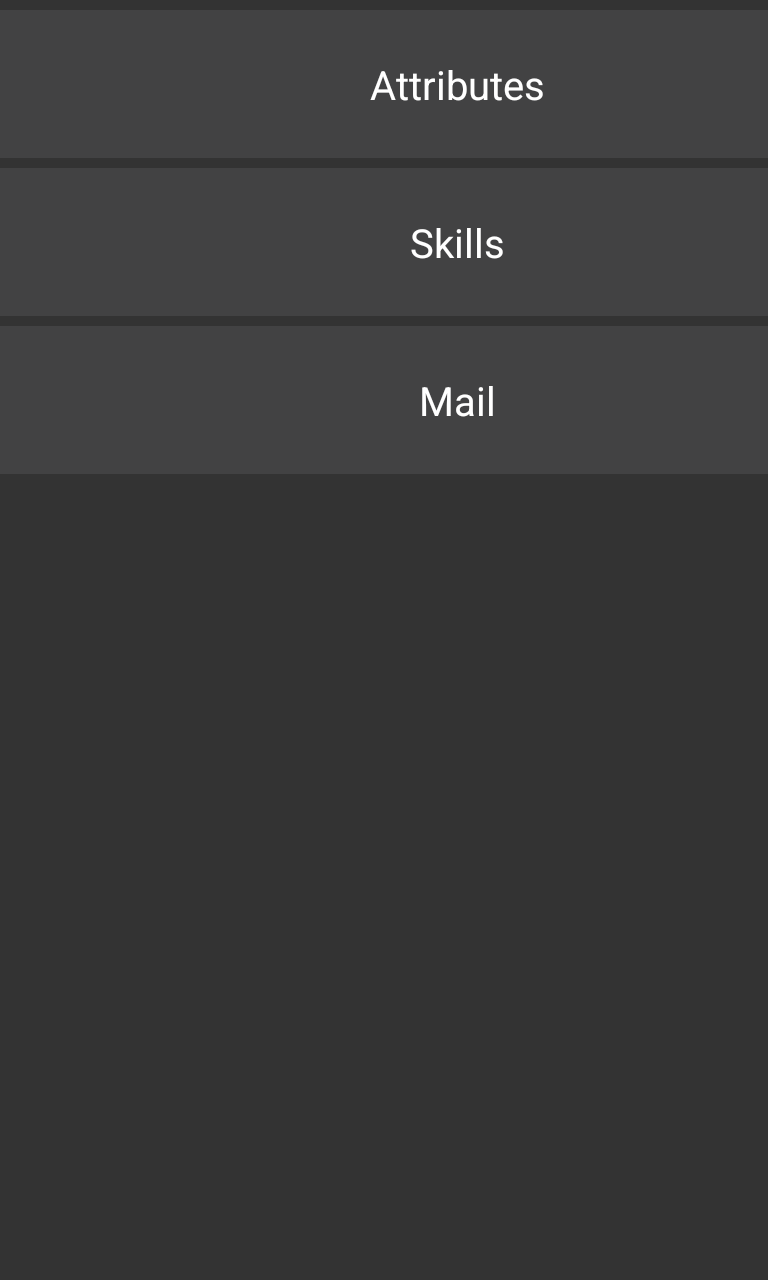
Repository: w9jds/Android-EveProfiler
Layout: EveProfiler/res/layout/drawerview.xml
An editor plug-in stored every save of this project. The layout is shown before and after the next save, followed by the edit.
It is drawn on a 768 x 1280 px phone screen (xhdpi) without system bars, with theme AppTheme; the app's code is not run.

Above is the layout before, as saved 2013-05-12 05:31:12.

After the next save:
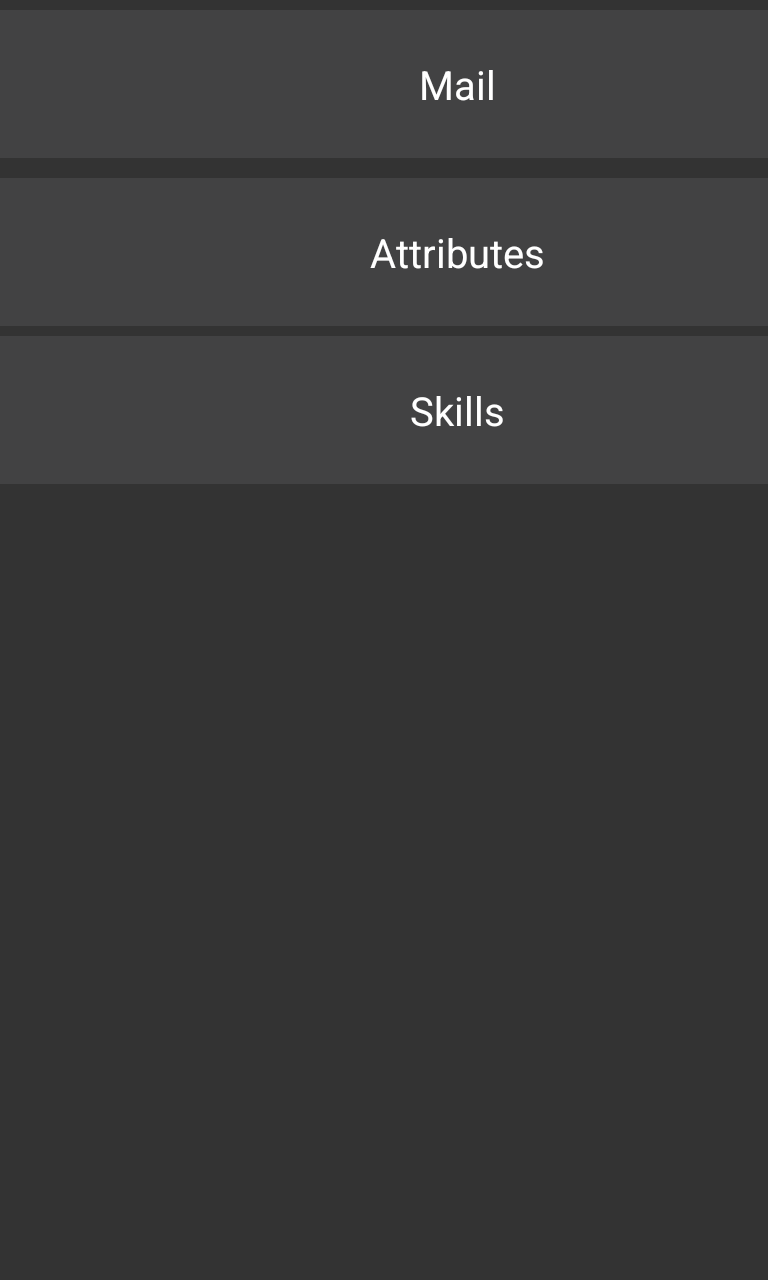
Saved 4 min 24 s later.
--- a/EveProfiler/res/layout/drawerview.xml
+++ b/EveProfiler/res/layout/drawerview.xml
@@ -10,6 +10,43 @@
         android:layout_width="fill_parent"
         android:layout_height="fill_parent"
         android:orientation="vertical" >
+
+        <GridLayout
+            android:id="@+id/Mail"
+            android:layout_width="fill_parent"
+            android:layout_height="wrap_content"
+            android:layout_marginTop="5dp"
+            android:layout_marginBottom="5dp"
+            android:background="@color/lightgrey"
+            android:columnCount="2"
+            android:rowCount="1"
+            tools:targetApi="14" >
+
+            <ImageView
+                android:id="@+id/MailPic"
+                android:layout_width="64dp"
+                android:layout_height="64dp"
+                android:layout_column="0"
+                android:layout_gravity="center"
+                android:layout_marginBottom="5dp"
+                android:layout_marginLeft="5dp"
+                android:layout_marginRight="5dp"
+                android:layout_marginTop="5dp"
+                android:layout_row="0" />
+
+            <TextView
+                android:id="@+id/MailLabel"
+                android:layout_column="1"
+                android:layout_gravity="center"
+                android:layout_row="0"
+                android:text="Mail"
+                android:textColor="@color/white"
+                android:textSize="20sp" />
+
+        </GridLayout>
+
+
+
 
         <GridLayout
             android:id="@+id/Attributes"
@@ -78,38 +115,7 @@
 
         </GridLayout>
 
-        <GridLayout
-            android:id="@+id/Mail"
-            android:layout_width="fill_parent"
-            android:layout_height="wrap_content"
-            android:layout_marginBottom="5dp"
-            android:background="@color/lightgrey"
-            android:columnCount="2"
-            android:rowCount="1"
-            tools:targetApi="14" >
 
-            <ImageView
-                android:id="@+id/MailPic"
-                android:layout_width="64dp"
-                android:layout_height="64dp"
-                android:layout_column="0"
-                android:layout_gravity="center"
-                android:layout_marginBottom="5dp"
-                android:layout_marginLeft="5dp"
-                android:layout_marginRight="5dp"
-                android:layout_marginTop="5dp"
-                android:layout_row="0" />
-
-            <TextView
-                android:id="@+id/MailLabel"
-                android:layout_column="1"
-                android:layout_gravity="center"
-                android:layout_row="0"
-                android:text="Mail"
-                android:textColor="@color/white"
-                android:textSize="20sp" />
-
-        </GridLayout>
 
 
 
